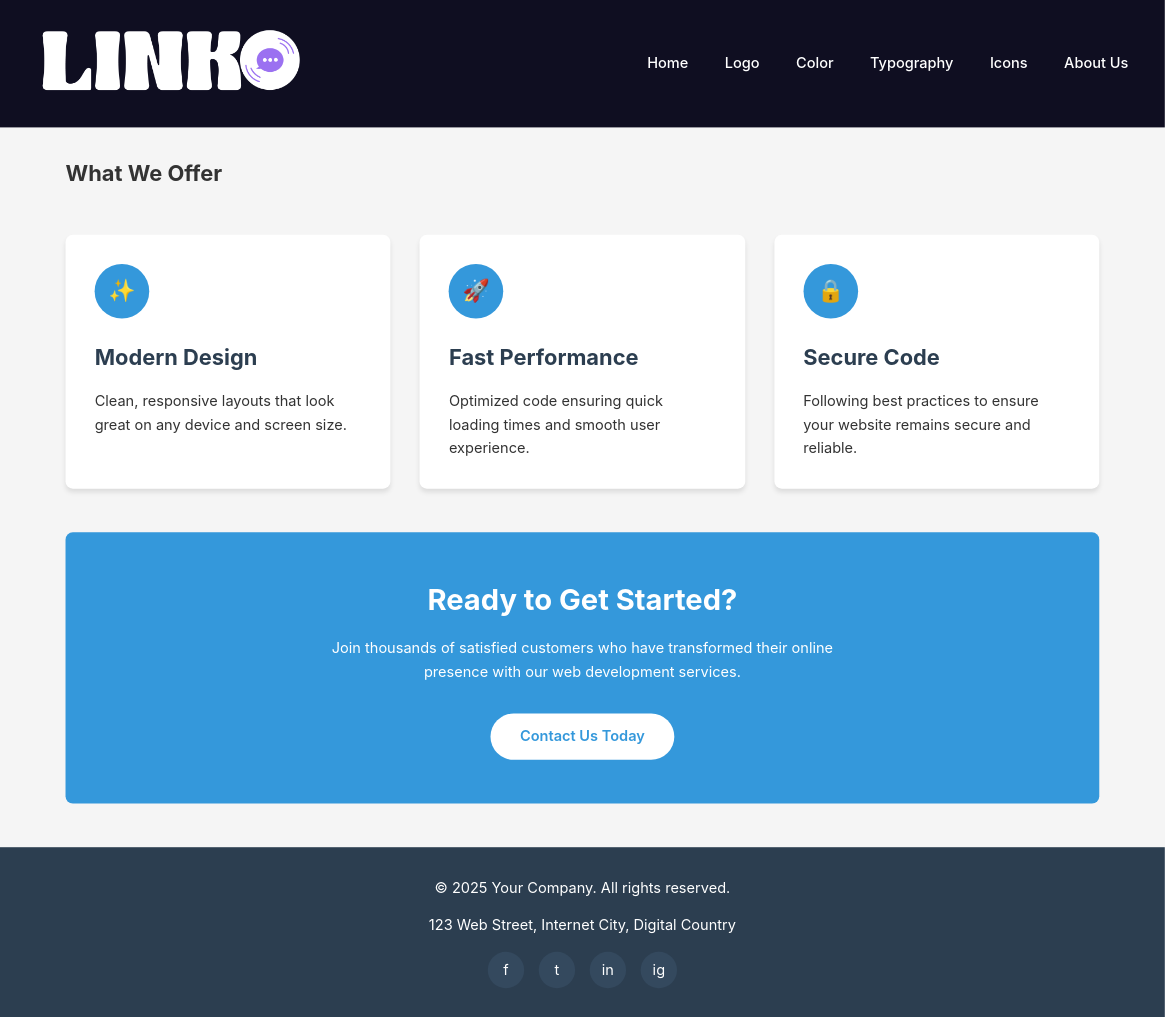
Repository: primcharlin/LINKO-A5Styleguide
Page: index.html
The author's editor kept a copy of each file at every save. The page is drawn from the files as they stood at one save, then again after the next save.
The browser window is 1280 px wide. The pictures show the whole page, at 91% of full size.

Above is the page before, as saved 2025-04-09 14:08:53.

After the next save:
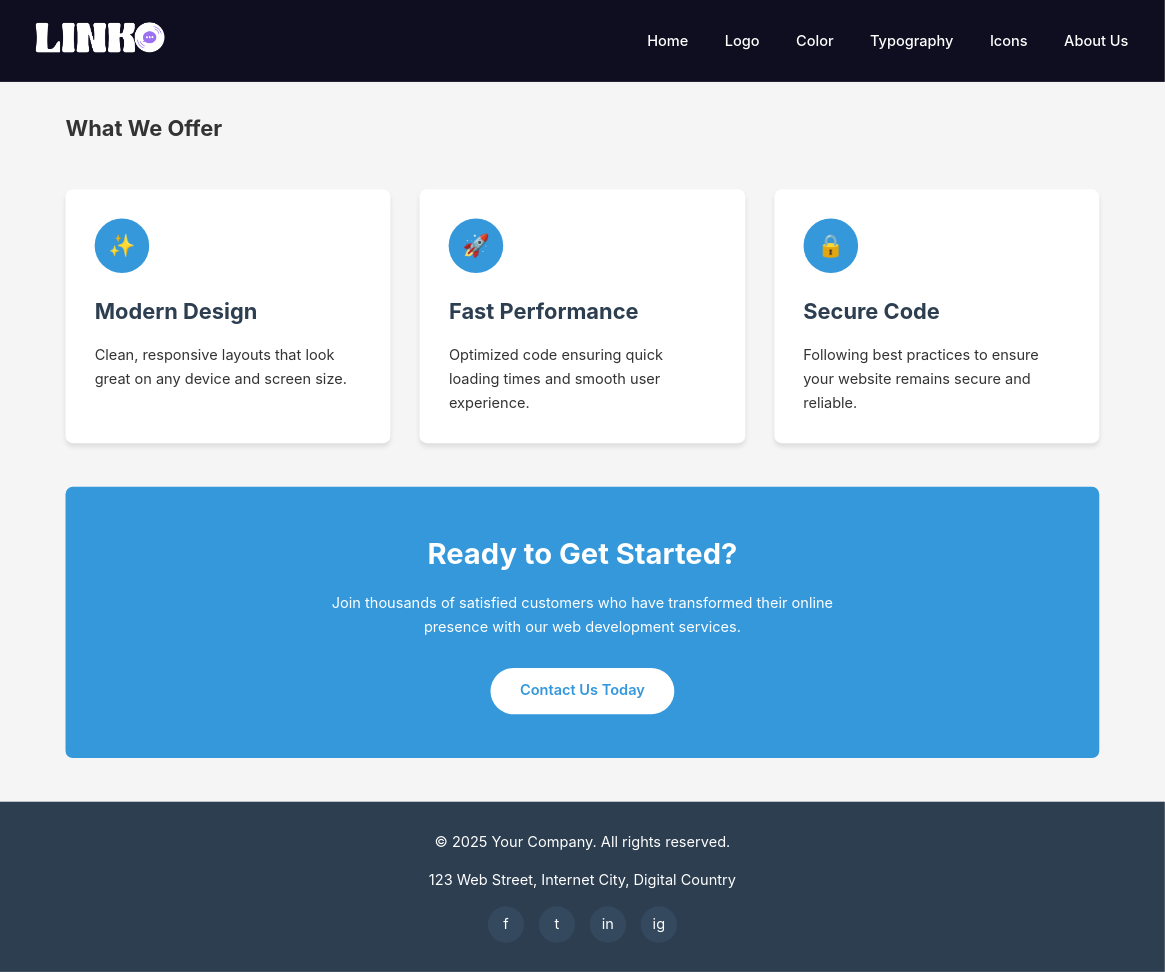
Saved 29 s later.
--- a/styles.css
+++ b/styles.css
@@ -24,7 +24,7 @@ header {
 }
 
 .logo img {
-    height: 100px; /* Adjust based on your preference */
+    height: 50px; /* Adjust based on your preference */
     width: auto; /* Maintains aspect ratio */
     max-width: 400px; /* Prevents logo from being too wide */
 }
